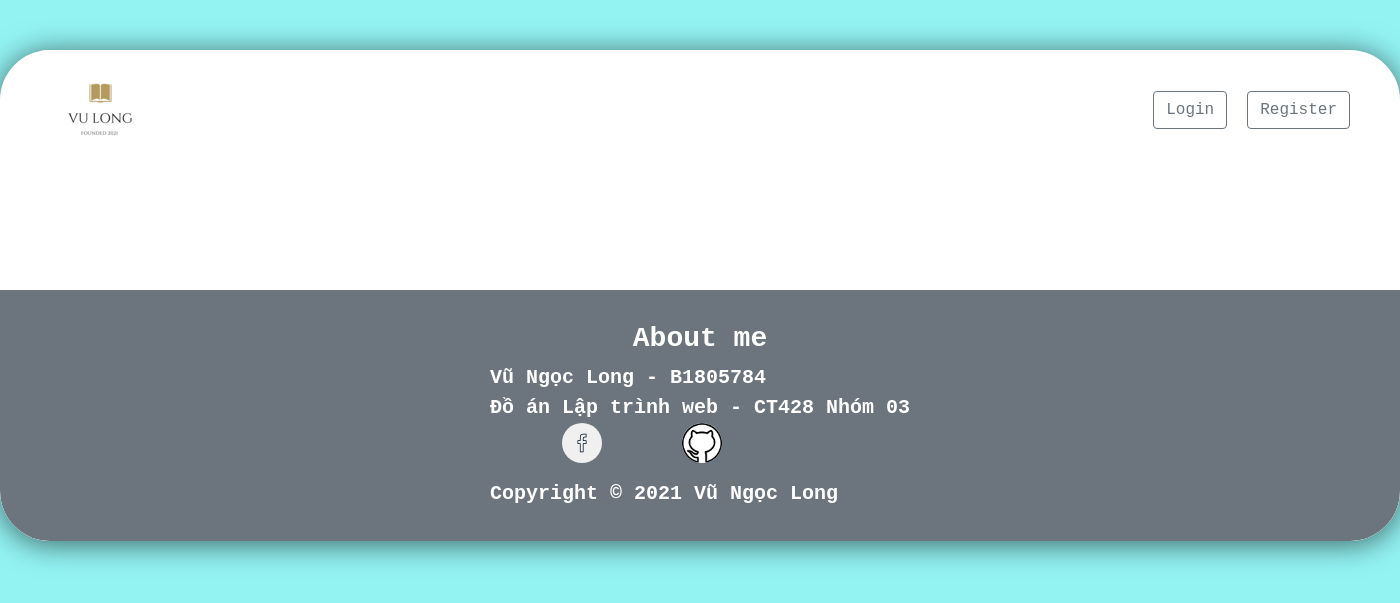
Repository: VuNgocLong2626/exercise_web_CT428
Page: VuNgocLongB1805784/user/chitiet.html
These files come from the project's save history. The page is drawn as it stood at one moment and after the next save; the edit follows.
The browser window is 1280 px wide. The page is 1400 px wide, so the pictures cover 1400 px, including what lies to the right of the window. The pictures show the whole page.

Above is the page before, as saved 2021-10-04 18:34:42.

After the next save:
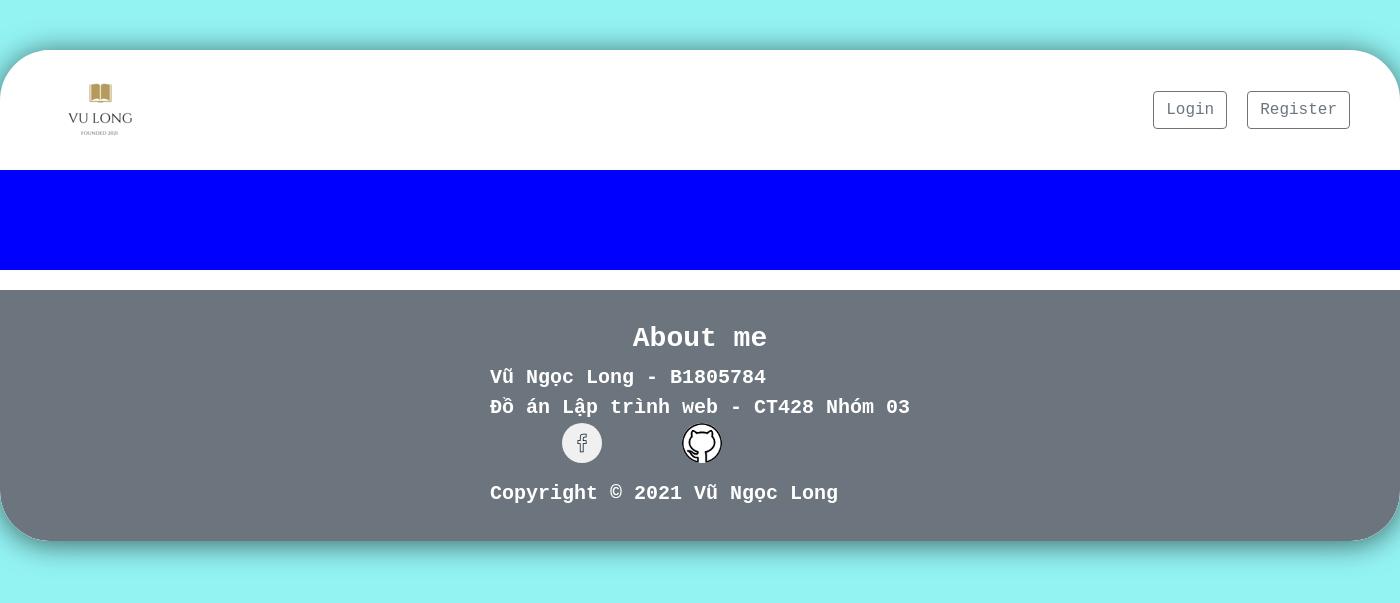
Saved 7 s later.
--- a/VuNgocLongB1805784/user/chitiet.html
+++ b/VuNgocLongB1805784/user/chitiet.html
@@ -18,7 +18,7 @@
             </div>
         </div>
 
-        <div style="width: 100%;height: 100px;">
+        <div style="width: 100%;height: 100px;background-color: blue;">
 
         </div>
 
